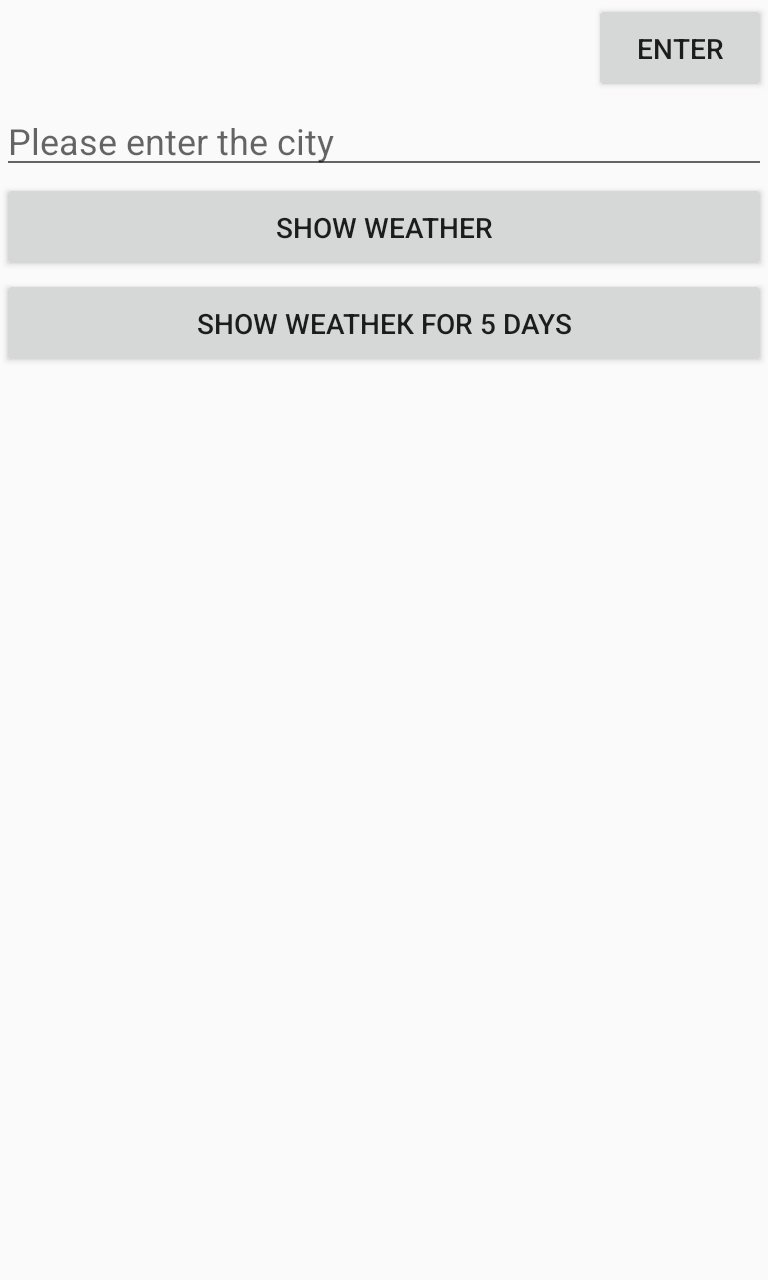
Repository: alexWr/weather-app
Layout: OpenWeatherT/res/layout/main.xml
These files come from the project's save history. The layout is drawn as it stood at one moment and after the next save; the edit follows.
It is drawn on a 768 x 1280 px phone screen (xhdpi) without system bars, with theme AppTheme; the app's code is not run.

Above is the layout before, as saved 2014-10-16 10:41:39.

After the next save:
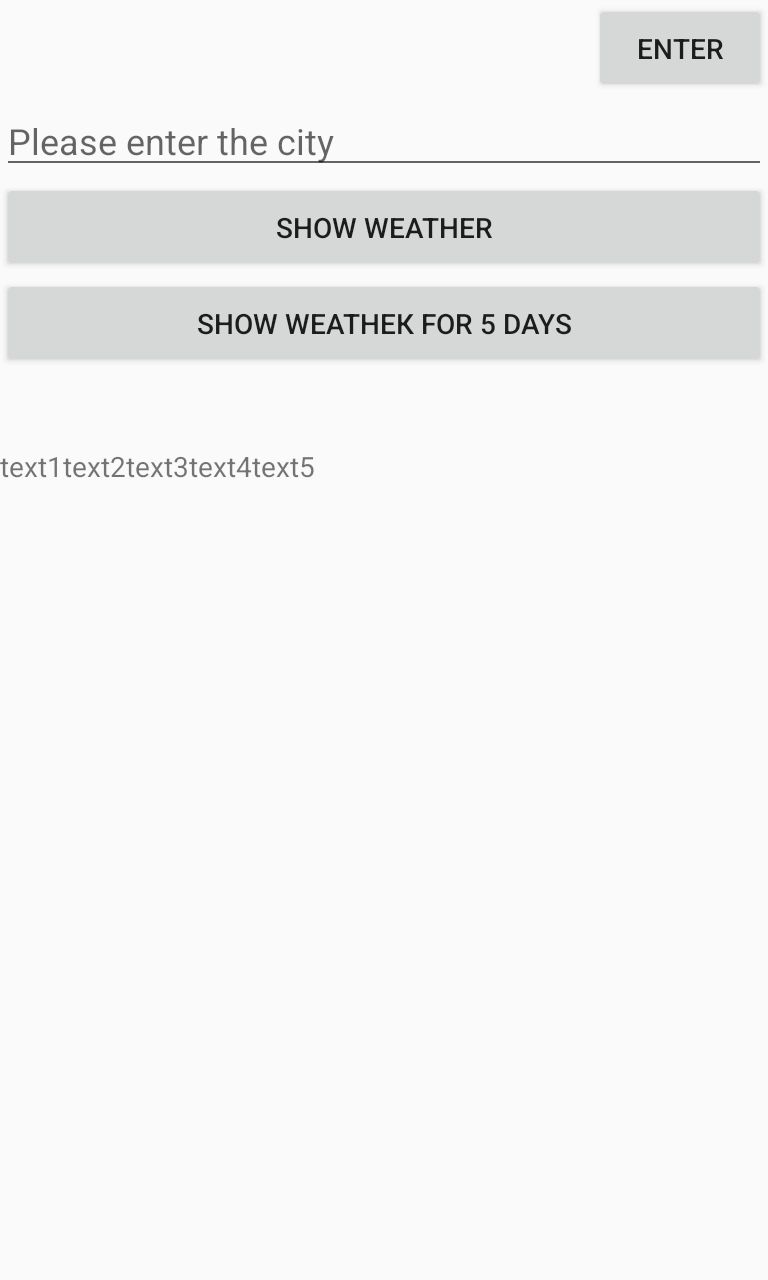
Saved 105 s later.
--- a/OpenWeatherT/res/layout/main.xml
+++ b/OpenWeatherT/res/layout/main.xml
@@ -49,22 +49,27 @@
 			<TextView
         		android:layout_width="wrap_content"
         		android:layout_height="wrap_content"
+        		android:text="text1"
         		android:id="@+id/tvDay1"/>
 			<TextView
         		android:layout_width="wrap_content"
         		android:layout_height="wrap_content"
+        		android:text="text2"
         		android:id="@+id/tvDay2"/>
 			<TextView
         		android:layout_width="wrap_content"
         		android:layout_height="wrap_content"
+        		android:text="text3"
         		android:id="@+id/tvDay3"/>
 			<TextView
         		android:layout_width="wrap_content"
         		android:layout_height="wrap_content"
+        		android:text="text4"
         		android:id="@+id/tvDay4"/>
 			<TextView
         		android:layout_width="wrap_content"
         		android:layout_height="wrap_content"
+        		android:text="text5"
         		android:id="@+id/tvDay5"/>
 		</TableRow>
 	</TableLayout>
